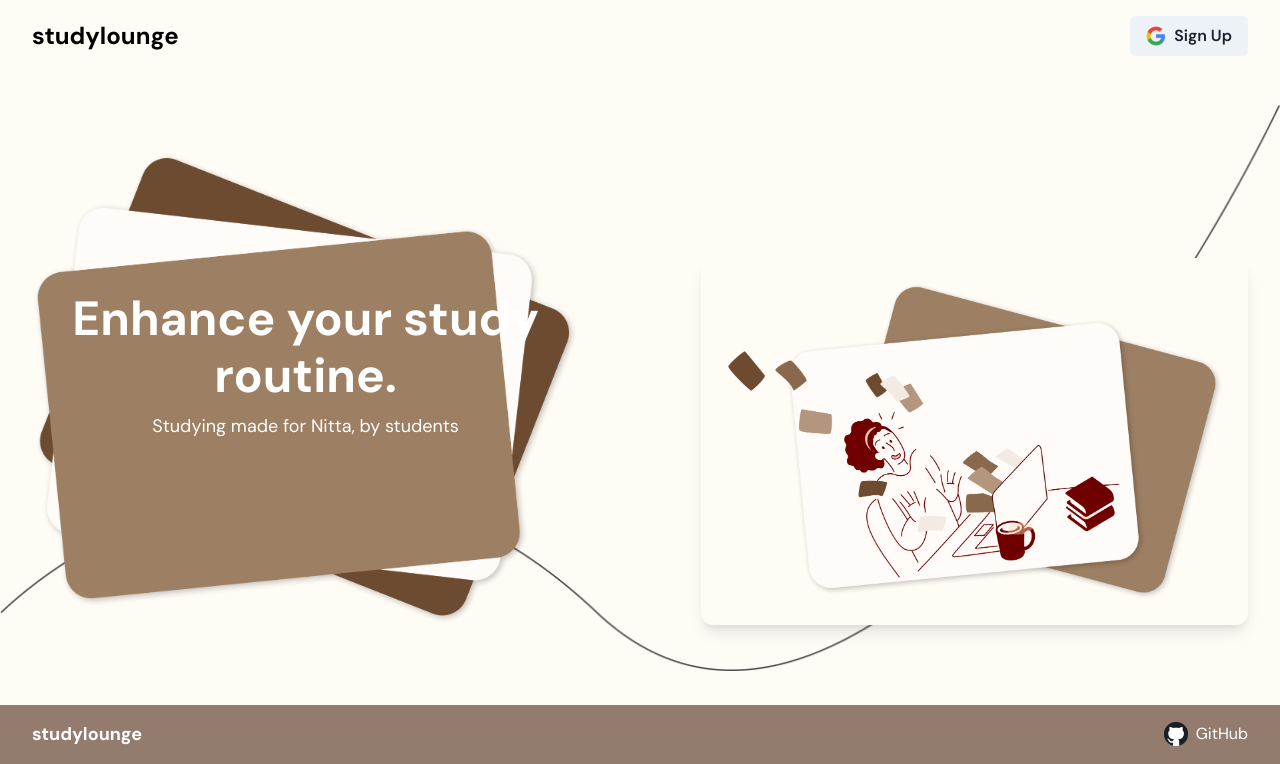
Repository: greg-chang/flashcard-website
Page: / (app in frontend/)
The author's editor kept a copy of each file at every save. The page is drawn from the files as they stood at one save, then again after the next save.
The browser window is 1280 px wide. The pictures show the whole page.
The page's requests for data from a server got no answer. The project was rebuilt for these pictures with package versions that can differ from the ones it lists, and the page was loaded fresh each time. Some packages were replaced by stand-ins written for this rebuild. The framework's server and built-in components were replaced by stand-ins that run in the browser. No one was signed in, and anything a server would have sent is missing. Also part of the build but not shown: frontend/next.config.ts, frontend/src/components/Dashboard.tsx.

Above is the page before, as saved 2025-06-08 14:45:03.

After the next save:
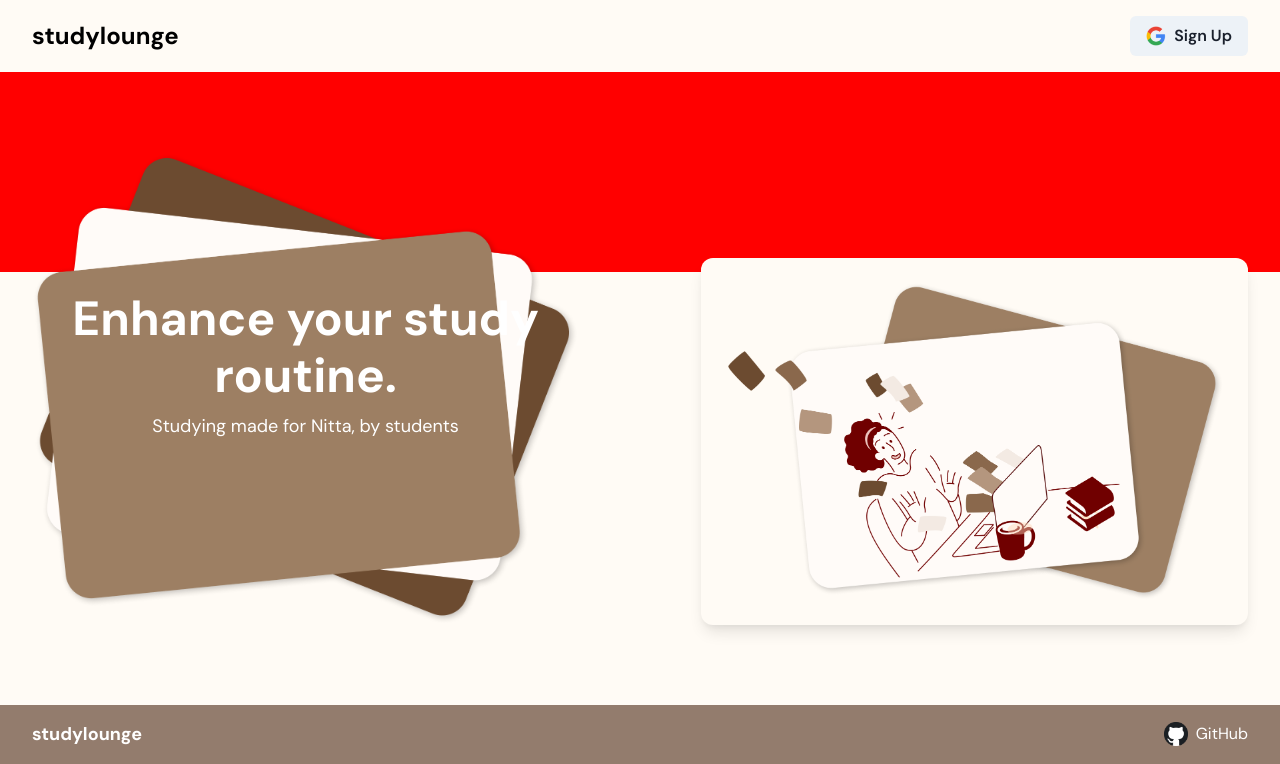
Saved 47 s later.
--- a/frontend/src/components/Homepage.tsx
+++ b/frontend/src/components/Homepage.tsx
@@ -45,13 +45,14 @@ export default function Homepage() {
           top="0"
           left="0"
           width="100%"
-          height="100%"
+          height="200px"
           backgroundImage={`url(${StyleLine.src})`}
           backgroundSize="contain"
           backgroundRepeat="no-repeat"
           backgroundPosition="center"
           zIndex="0"
           opacity="1"
+          bg="red"
         />
 
         {/* Left Section: Grouped Cards Image */}
